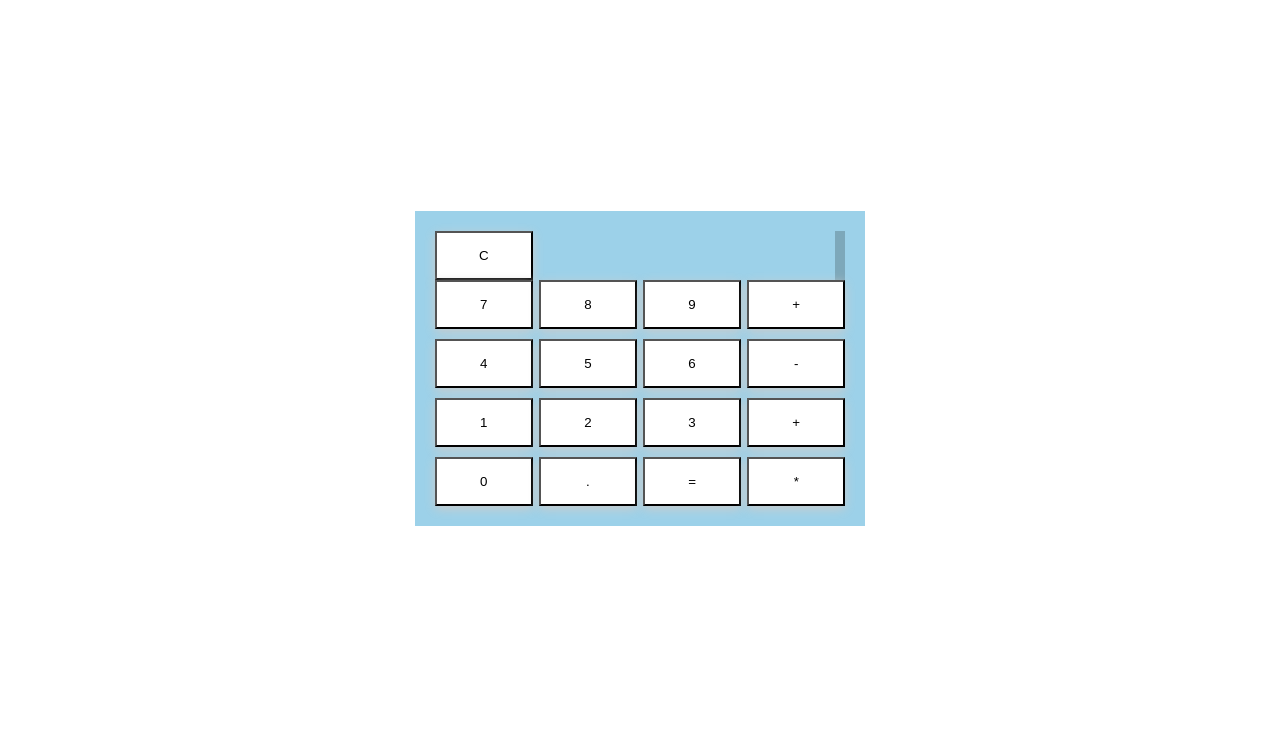
Repository: sem1103/calculator
Page: index.html
These files come from the project's save history. The page is drawn as it stood at one moment and after the next save; the edit follows.
The browser window is 1280 px wide. The pictures show the whole page.

Above is the page before, as saved 2023-11-01 19:46:32.

After the next save:
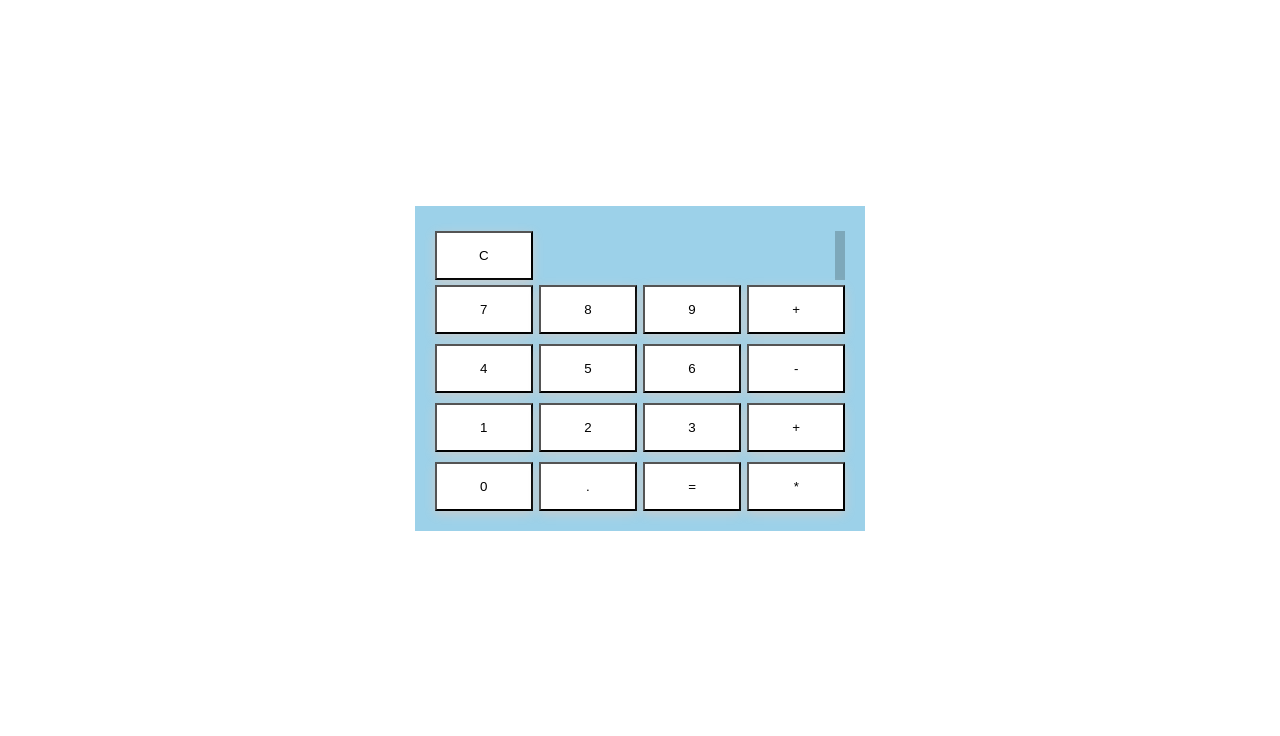
Saved 20 s later.
--- a/index.html
+++ b/index.html
@@ -30,6 +30,9 @@
             row-gap: 10px;
             column-gap: 5px;
 
+        }
+        .calc__header{
+            margin: 5px 0;
         }
 
         button {
